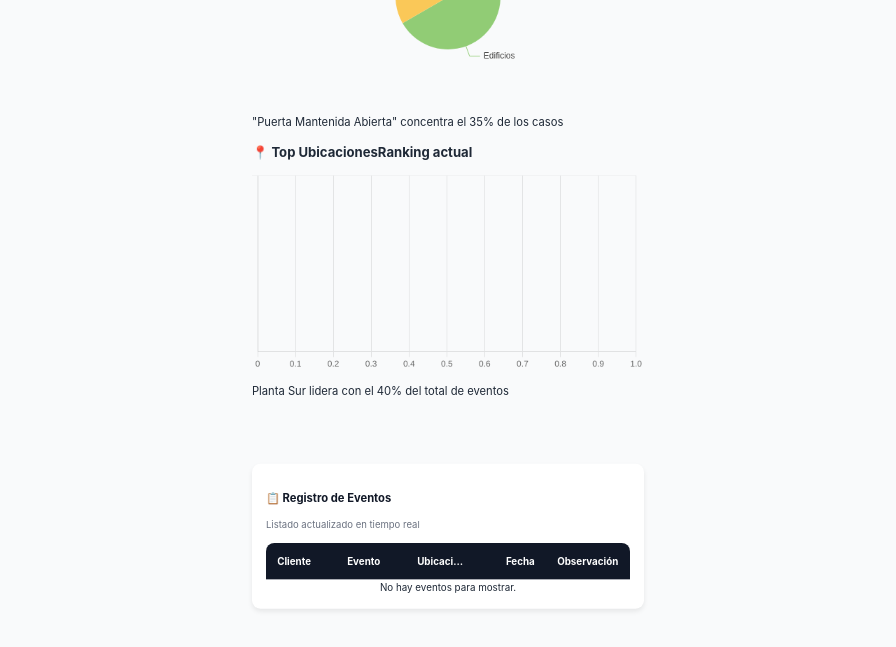
Repository: BBrian11/reportes
Page: /
An editor plug-in stored every save of this project. The page is shown before and after the next save, followed by the edit.
The browser window is 1280 px wide. The pictures show the part of the page from y = 1372 to 3292 px (the page is 2296 px tall before and 5310 px after), at 70% of full size.
The page's requests for data from a server got no answer. The project was rebuilt for these pictures with package versions that can differ from the ones it lists, and the page was loaded fresh each time. No one was signed in, and anything a server would have sent is missing. Also part of the build but not shown: vite.config.js, src/components/Dashboard/StatsCards.jsx, src/components/Dashboard/ExportPDF.jsx, src/styles/tgsstats.css, src/components/Dashboard/TgsStats.jsx, src/styles/edificiostats.css, src/components/Dashboard/EdificioStats.jsx, src/styles/vtvstats.css and 3 more.

Above is the page before, as saved 2025-07-30 10:43:30.

After the next save:
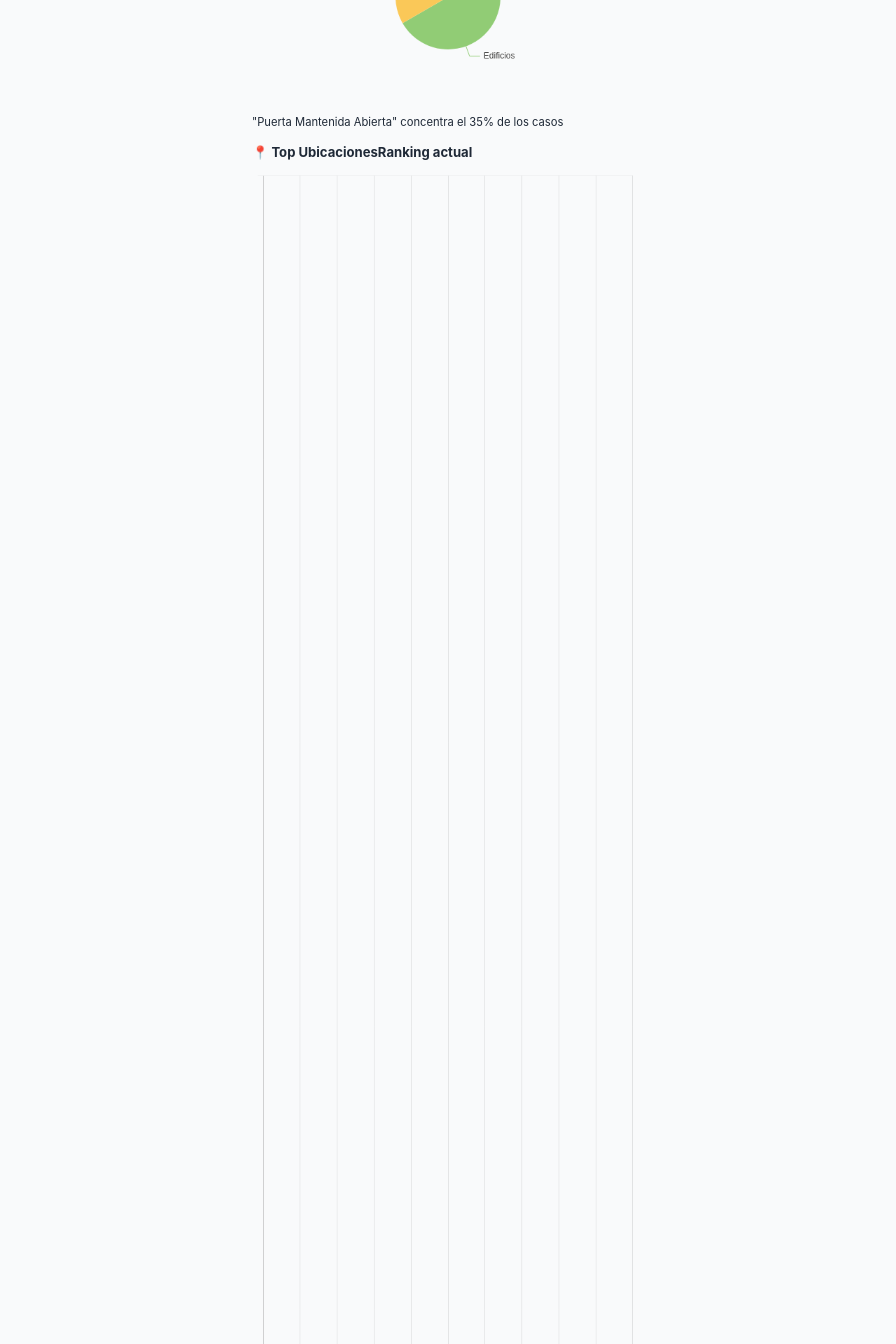
Saved 59 s later.
--- a/src/components/Dashboard/HorizontalChart.jsx
+++ b/src/components/Dashboard/HorizontalChart.jsx
@@ -12,6 +12,9 @@
 
   const labels = sorted.map(([loc]) => loc);
   const values = sorted.map(([_, count]) => count);
+  const total = values.reduce((a, b) => a + b, 0);
+
+  const colors = ["#2563eb", "#16a34a", "#f59e0b", "#dc2626", "#6b7280"];
 
   const data = {
     labels,
@@ -19,16 +22,47 @@
       {
         label: "Eventos",
         data: values,
-        backgroundColor: "#2563eb",
+        backgroundColor: colors,
+        borderRadius: 6,
+        barThickness: 28,
       },
     ],
   };
 
   const options = {
-    indexAxis: "y", // Horizontal
+    indexAxis: "y",
     responsive: true,
-    plugins: { legend: { display: false } },
+    maintainAspectRatio: false,
+    plugins: {
+      legend: { display: false },
+      tooltip: {
+        callbacks: {
+          label: (ctx) => {
+            const count = ctx.parsed.x;
+            const pct = ((count / total) * 100).toFixed(1);
+            return ` ${count} eventos (${pct}%)`;
+          },
+        },
+      },
+      title: {
+        display: false,
+      },
+    },
+    scales: {
+      x: {
+        ticks: {
+          callback: (value) => value + " evt",
+        },
+      },
+    },
   };
 
-  return <Bar data={data} options={options} />;
+  return (
+    <div className="h-80 relative">
+      <Bar data={data} options={options} />
+      <div className="absolute bottom-2 left-1/2 transform -translate-x-1/2 text-xs text-gray-500">
+        Total: {total} eventos
+      </div>
+    </div>
+  );
 }

After the save that followed:
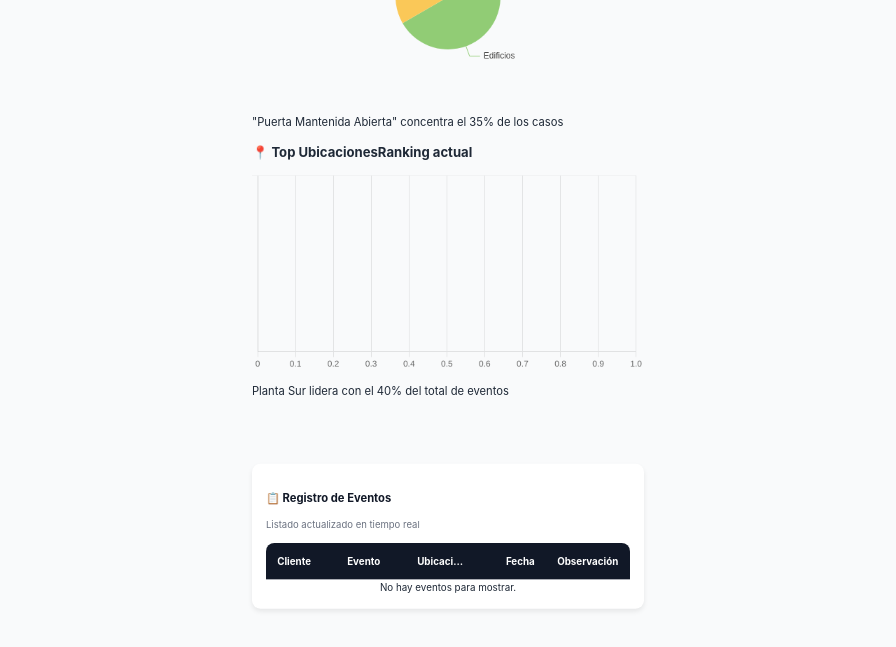
Saved 2 min 10 s later.
--- a/src/components/Dashboard/HorizontalChart.jsx
+++ b/src/components/Dashboard/HorizontalChart.jsx
@@ -12,9 +12,6 @@
 
   const labels = sorted.map(([loc]) => loc);
   const values = sorted.map(([_, count]) => count);
-  const total = values.reduce((a, b) => a + b, 0);
-
-  const colors = ["#2563eb", "#16a34a", "#f59e0b", "#dc2626", "#6b7280"];
 
   const data = {
     labels,
@@ -22,47 +19,16 @@
       {
         label: "Eventos",
         data: values,
-        backgroundColor: colors,
-        borderRadius: 6,
-        barThickness: 28,
+        backgroundColor: "#2563eb",
       },
     ],
   };
 
   const options = {
-    indexAxis: "y",
+    indexAxis: "y", // Horizontal
     responsive: true,
-    maintainAspectRatio: false,
-    plugins: {
-      legend: { display: false },
-      tooltip: {
-        callbacks: {
-          label: (ctx) => {
-            const count = ctx.parsed.x;
-            const pct = ((count / total) * 100).toFixed(1);
-            return ` ${count} eventos (${pct}%)`;
-          },
-        },
-      },
-      title: {
-        display: false,
-      },
-    },
-    scales: {
-      x: {
-        ticks: {
-          callback: (value) => value + " evt",
-        },
-      },
-    },
+    plugins: { legend: { display: false } },
   };
 
-  return (
-    <div className="h-80 relative">
-      <Bar data={data} options={options} />
-      <div className="absolute bottom-2 left-1/2 transform -translate-x-1/2 text-xs text-gray-500">
-        Total: {total} eventos
-      </div>
-    </div>
-  );
+  return <Bar data={data} options={options} />;
 }
